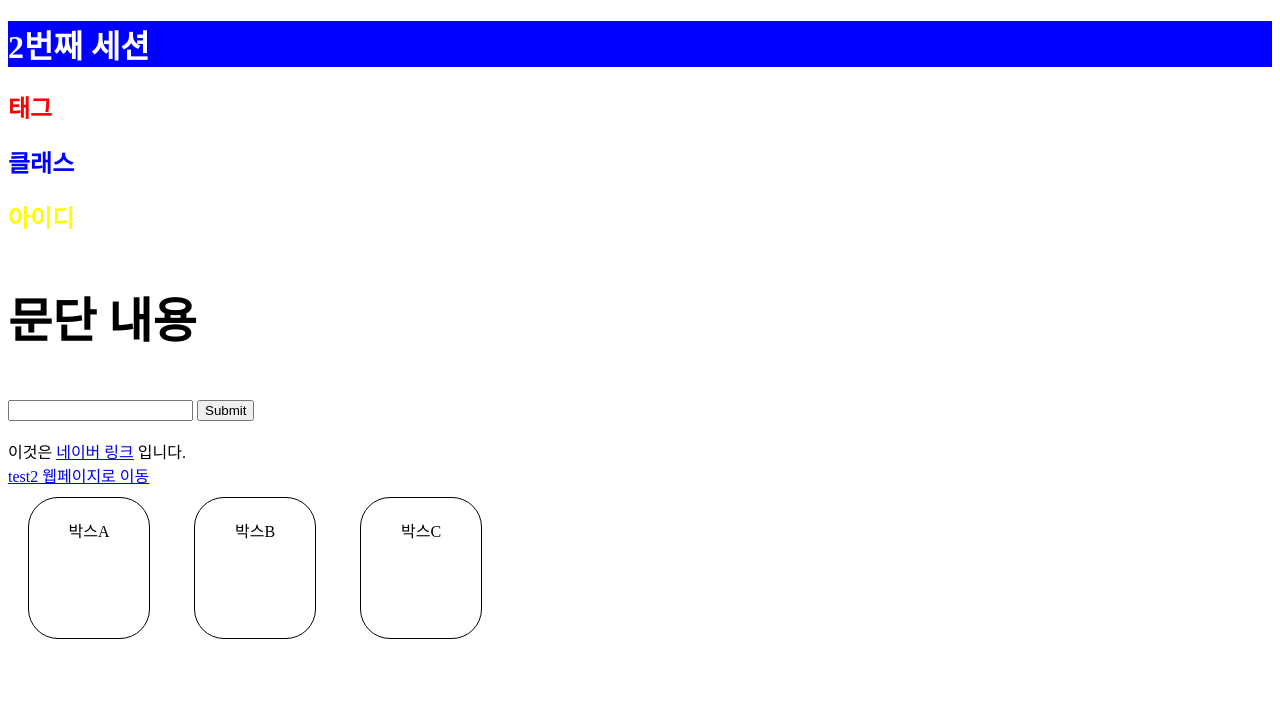
Repository: roseline0912/LikeLion
Page: Day1/test1.html
The author's editor kept a record of every edit. The page is drawn from the files as they stood at one moment, then again after the next edit.
The browser window is 1280 px wide. The pictures show the whole page.

Above is the page before.

### Day1/test1.html
<!DOCTYPE html>
<html lang="en">
<head>
    <meta charset="UTF-8">
    <meta name="viewport" content="width=device-width, initial-scale=1.0">
    <meta http-equiv="X-UA-Compatible" content="ie=edge">
    <title>likelion</title>
    <link rel="stylesheet" href="test.css" type="text/css" />
</head>
<body>
    <h1>2번째 세션</h1>

    <h2>태그</h2>
    <h2 class="firstClass">클래스</h2>
    <h2 id="firstId">아이디</h2>

    <p>문단 내용</p>

    <form method="get"> <!--default=get--> <!--Post는 암호화(토큰)해서 보내야함-->
        <input type="text" name="Survey"/>
        <input type="submit" value="Submit"/>
    </form>

    <br>이것은 <a href="https://www.naver.com" style="width:50%; height:50px">네이버 링크</a> 입니다.
    <br><a href="test2.html">test2 웹페이지로 이동</a>

    <br>
    <div>박스A</div>
    <div>박스B</div>
    <div id="boxC">박스C</div>

</body>
</html>

### Day1/test.css
h1{
   background-color: blue;
   color:white;
}

p {
    font-weight: bold;
    font-size: 3rem;
}

h2 {
    color: red;
}

.firstClass {
    color: blue;
}

#firstId {
    color: yellow;
}

div {
    border:1px solid black;
    border-radius: 30px;
    display:inline-block;
    width:100px;
    height:100px;

    text-align: center;
    vertical-align:middle;
    padding:20px 10px;     /*박스 내부에 여유를 줌*/
    margin:10px 20px;       /*박스 외부에 여유를 줌*/
    right: 30px;
}

After the next edit:
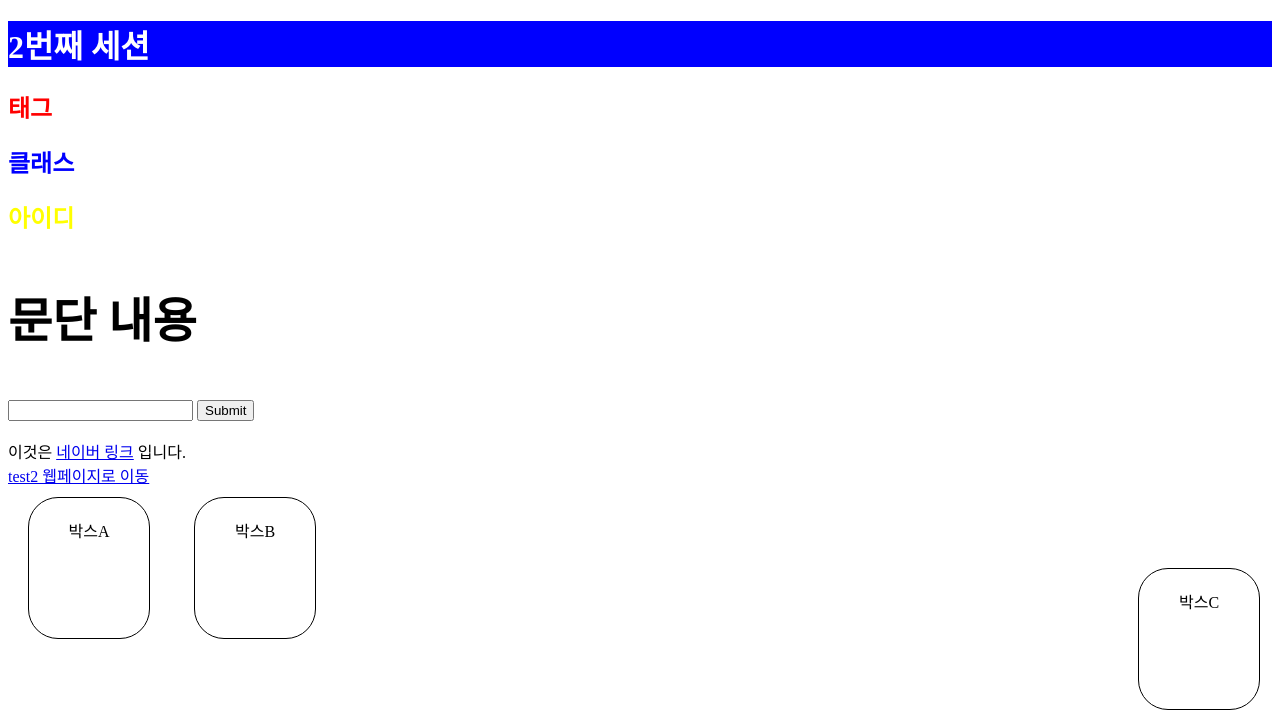
The edit:
--- a/Day1/test.css
+++ b/Day1/test.css
@@ -33,3 +33,10 @@ div {
     margin:10px 20px;       /*박스 외부에 여유를 줌*/
     right: 30px;
 }
+
+#boxC {
+    /*position: static;*/
+    position: fixed;
+    bottom:0px;
+    right:0px;
+}
